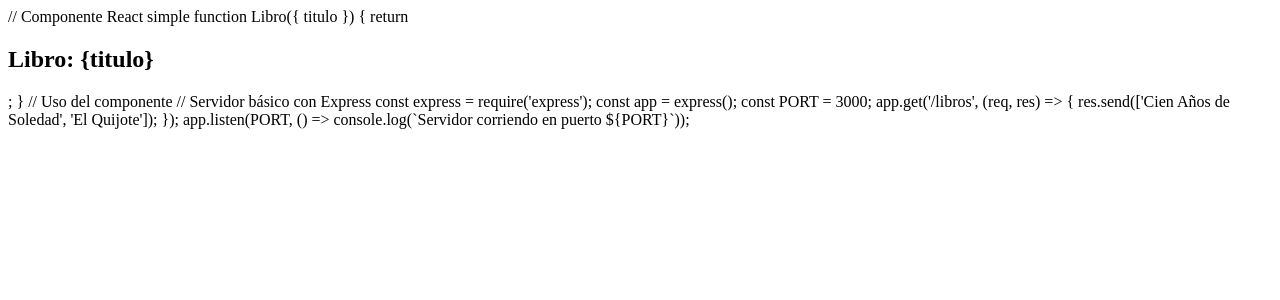
Repository: DiegoJacob0/LabosWeb
Page: 00043719_practica4_seccion1/ejerciciofinal/index.html
An editor plug-in stored every save of this project. The page is shown before and after the next save, followed by the edit.
The browser window is 1280 px wide. The pictures show the whole page.

Above is the page before, as saved 2025-09-29 14:26:14.

### 00043719_practica4_seccion1/ejerciciofinal/index.html


// Componente React simple
function Libro({ titulo }) {
  return <h2>Libro: {titulo}</h2>;
}

// Uso del componente
<Libro titulo="Cien Años de Soledad" />


// Servidor básico con Express
const express = require('express');
const app = express();
const PORT = 3000;

app.get('/libros', (req, res) => {
  res.send(['Cien Años de Soledad', 'El Quijote']);
});

app.listen(PORT, () => console.log(`Servidor corriendo en puerto ${PORT}`));

After the next save:
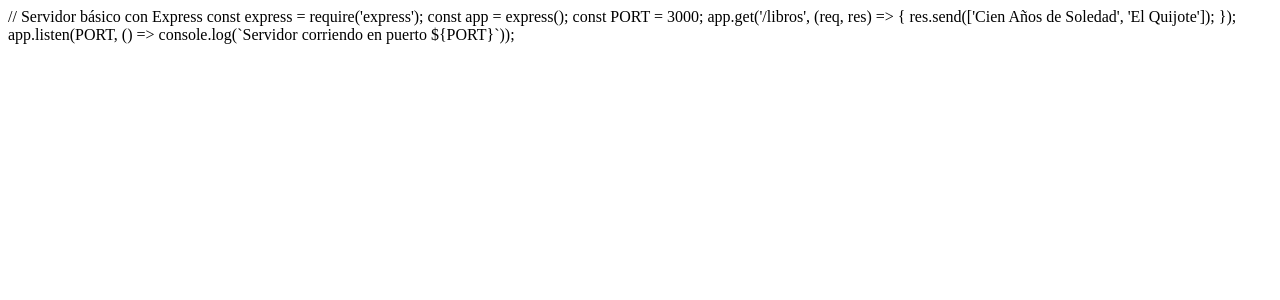
Saved 15 s later.
--- a/00043719_practica4_seccion1/ejerciciofinal/index.html
+++ b/00043719_practica4_seccion1/ejerciciofinal/index.html
@@ -1,12 +1,4 @@
 
-
-// Componente React simple
-function Libro({ titulo }) {
-  return <h2>Libro: {titulo}</h2>;
-}
-
-// Uso del componente
-<Libro titulo="Cien Años de Soledad" />
 
 
 // Servidor básico con Express
